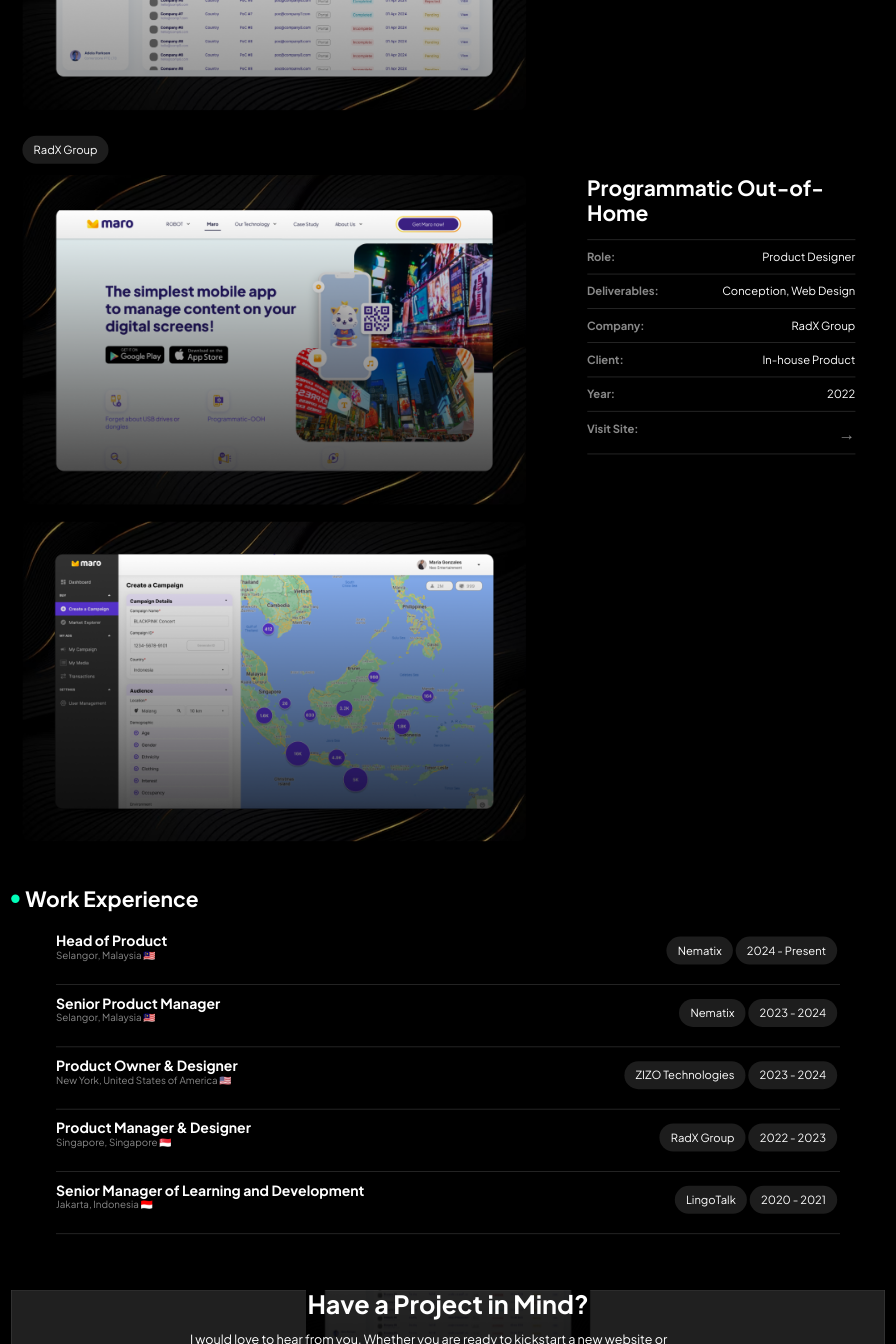
Repository: paskasiregar/paskafolio_v6
Page: /
These files come from the project's save history. The page is drawn as it stood at one moment and after the next save; the edit follows.
The browser window is 1280 px wide. The pictures show the part of the page from y = 4580 to 6500 px (the page is 7109 px tall before and 7069 px after), at 70% of full size.
Pictures or frames that could not be fetched are drawn as grey boxes. The project was rebuilt for these pictures with package versions that can differ from the ones it lists, and the page was loaded fresh each time. The framework's server and built-in components were replaced by stand-ins that run in the browser. Also part of the build but not shown: next.config.mjs.

Above is the page before, as saved 2024-09-06 21:30:22.

### src/app/layout.js
import { Plus_Jakarta_Sans } from "next/font/google"; // Import Plus Jakarta Sans
import localFont from "next/font/local";
import "./globals.css";

// Load Plus Jakarta Sans from Google Fonts
const plusJakartaSans = Plus_Jakarta_Sans({
  weight: ["400", "500", "700"], // Specify weights as needed
  subsets: ["latin"],
});

// Load local fonts: Geist Sans and Geist Mono
const geistSans = localFont({
  src: "./fonts/GeistVF.woff",
  variable: "--font-geist-sans",
  weight: "100 900",
});
const geistMono = localFont({
  src: "./fonts/GeistMonoVF.woff",
  variable: "--font-geist-mono",
  weight: "100 900",
});

export const metadata = {
  title: "🚀 Paska | Portfolio",
  description:
    "Debora Paskarina&apos;s Product Portfolio. Paska is a Head of Product at Nematix Sdn Bhd, Malaysia.",
  icons: {
    icon: "/asset/p-logo.png",
  },
};

export default function RootLayout({ children }) {
  return (
    <html lang="en">
      <body
        className={`${plusJakartaSans.className} ${geistSans.variable} ${geistMono.variable} antialiased`}
      >
        {children}
      </body>
    </html>
  );
}

### src/app/components/header.jsx
import React from "react";
import Link from "next/link";
import Button from "./button";
import { Homemade_Apple } from "next/font/google";

const homemadeApple = Homemade_Apple({
  weight: "400",
  subsets: ["latin"],
});

const Header = () => {
  return (
    <header className="header" style={styles.header}>
      <div style={styles.logo}>
        <Link
          href="/"
          className={homemadeApple.className}
          style={styles.logoText}
        >
          Paska
        </Link>
      </div>
      <div style={styles.contact}>
        <Link href="#email-section">
          <Button />
        </Link>
      </div>
    </header>
  );
};

const styles = {
  header: {
    display: "flex",
    justifyContent: "space-between",
    alignItems: "center",
    padding: "20px",
    backgroundColor: "#000000",
    color: "#fff",
  },
  logo: {
    fontSize: "24px",
    fontWeight: "bold",
  },
  logoText: {
    textDecoration: "none",
    color: "#fff",
  },
  contact: {
    display: "flex",
    fontSize: "20px",
    alignItems: "center",
  },
};

export default Header;

### src/app/components/hero.jsx
"use client"; // Ensures the component is treated as a client-side component
import React from "react";
import NameCard from "./nameCard";
import SecButton from "./secButton";
import { motion } from "framer-motion";

const Hero = () => {
  return (
    <section className="hero-wrapper my-20">
      <div className="hero-content">
        <NameCard
          name="Debora Paskarina"
          status="Available for work"
          avatarUrl="/assets/1.avif"
        />
        <motion.h1
          initial={{ opacity: 0, x: -100 }}
          animate={{ opacity: 1, x: 0 }}
          transition={{ duration: 0.8 }}
          className="hero-title text-4xl font-bold text-white md:text-6xl lg:text-7xl"
        >
          Designing awesome digital experiences, one idea at a time.
        </motion.h1>
        <motion.p
          initial={{ opacity: 0, x: 100 }}
          animate={{ opacity: 1, x: 0 }}
          transition={{ duration: 0.8 }}
          className="hero-subtitle text-lg md:text-xl lg:text-2xl"
        >
          Transforming concepts into sleek, user-friendly digital solutions that
          drive engagement and push innovation forward.
        </motion.p>
        <SecButton text="GET STARTED" />
      </div>
    </section>
  );
};

// You can add additional styling via Tailwind to make it more responsive

export default Hero;

### src/app/components/ticker.jsx
import React from "react";
import "../ticker.css";

const Ticker = () => {
  return (
    <div className="ticker-wrapper">
      <div className="ticker">
        <div className="ticker-item">
          <img src="/assets/ticker/lt.png" alt="LingoTalk" />
        </div>
        <div className="ticker-item">
          <img src="/assets/ticker/nmtx.png" alt="Nematix" />
        </div>
        <div className="ticker-item">
          <img src="/assets/ticker/radx.png" alt="RADX Group" />
        </div>
        <div className="ticker-item">
          <img src="/assets/ticker/rise.png" alt="Rise" />
        </div>
        <div className="ticker-item">
          <img src="/assets/ticker/skvl.png" alt="Skilvul" />
        </div>
        <div className="ticker-item">
          <img src="/assets/ticker/yrp.png" alt="YoRipe" />
        </div>
        <div className="ticker-item">
          <img src="/assets/ticker/zizo.png" alt="ZIZO" />
        </div>

        {/* Duplicate the logos for the smooth ticker effect */}
        <div className="ticker-item">
          <img src="/assets/ticker/lt.png" alt="LingoTalk" />
        </div>
        <div className="ticker-item">
          <img src="/assets/ticker/nmtx.png" alt="Nematix" />
        </div>
        <div className="ticker-item">
          <img src="/assets/ticker/radx.png" alt="RADX Group" />
        </div>
        <div className="ticker-item">
          <img src="/assets/ticker/rise.png" alt="Rise" />
        </div>
        <div className="ticker-item">
          <img src="/assets/ticker/skvl.png" alt="Skilvul" />
        </div>
        <div className="ticker-item">
          <img src="/assets/ticker/yrp.png" alt="YoRipe" />
        </div>
        <div className="ticker-item">
          <img src="/assets/ticker/zizo.png" alt="ZIZO" />
        </div>
      </div>
    </div>
  );
};

export default Ticker;

### src/app/components/skills.jsx
"use client"; // Ensures the component is treated as a client-side component

import React from "react";
import Chip from "./chip";
import { motion } from "framer-motion";
import "../motivation.css"; // Using motivation.css for consistency

const Skills = () => {
  const skills = [
    "Figma",
    "Maze",
    "UI/UX Design",
    "Product Management",
    "Web Development",
    "HTML5",
    "CSS",
    "JavaScript",
    "Tailwind CSS",
    "Git Version Control",
  ];

  // Animation variants for staggering
  const containerVariants = {
    hidden: { opacity: 0 },
    visible: {
      opacity: 1,
      transition: {
        staggerChildren: 0.2, // Delay between each chip's animation
      },
    },
  };

  const chipVariants = {
    hidden: { opacity: 0, y: 20 },
    visible: { opacity: 1, y: 0 },
  };

  return (
    <motion.section
      initial={{ opacity: 0, y: 50 }}
      animate={{ opacity: 1, y: 0 }}
      transition={{ duration: 0.8 }}
      className="motivation-wrapper"
    >
      {/* Using same wrapper as Motivation */}
      <div className="motivation-content max-w-6xl ">
        {/* Same layout as Motivation */}
        {/* Left Section */}
        <motion.div
          initial={{ opacity: 0, x: -50 }}
          animate={{ opacity: 1, x: 0 }}
          transition={{ duration: 0.8 }}
          className="motivation-left mb-4 md:mb-0"
        >
          <div className="motivation-header">
            <div className="green-dot"></div>
            <h2 className="motivation-title text-2xl md:text-4xl lg:text-4xl">
              Skills
            </h2>
          </div>
          <p className="motivation-subtitle text-base md:text-lg lg:text-xl">
            Here, you will find the tools and languages I master. <br />
            From Figma to JavaScript, each skill adds to the mosaic of my
            professional expertise.
          </p>
        </motion.div>

        {/* Right Section */}
        <motion.div
          variants={containerVariants}
          initial="hidden"
          animate="visible"
          className="motivation-right"
        >
          <div className="skills-right mt-6 flex flex-wrap justify-center md:justify-start">
            {skills.map((skill, index) => (
              <motion.div key={index} variants={chipVariants} className="mb-2">
                <Chip label={skill} />
              </motion.div>
            ))}
          </div>
        </motion.div>
      </div>
    </motion.section>
  );
};

export default Skills;

### src/app/components/projects.jsx
import Project from "./project";

const projects = [
  {
    title: "PawPaw Portal",
    role: "Founder",
    deliverables: ["End-to-End Product"],
    company: "PawPaw Portal",
    client: "In-house Product",
    year: "2024",
    link: "https://www.pawpawportal.com/",
    images: [{ src: "/assets/ppp-1.png", alt: "PawPaw Portal" }],
  },

  {
    title: "YPAS Job Portal",
    role: "Head of Product",
    deliverables: ["Branding", "UIUX", "Development"],
    company: "Nematix",
    client: "Yayasan Pahang AS Malaysia",
    year: "2024",
    link: "https://getjob.framer.website/",
    images: [
      { src: "/assets/ypas-1.png", alt: "YPAS GetJob" },
      { src: "/assets/ypas-2.png", alt: "YPAS GetJob" },
    ],
  },

  {
    title: "Equinox: Financial Ecosystem",
    role: "Senior Product Manager",
    deliverables: ["UIUX", "Development"],
    company: "Nematix",
    client: "In-house Product",
    year: "2023",
    link: "https://equinox-platform.framer.website/",
    images: [
      { src: "/assets/eq-1.png", alt: "Equinox" },
      { src: "/assets/eq-2.png", alt: "Equinox" },
      { src: "/assets/eq-3.png", alt: "Equinox" },
    ],
  },

  {
    title: "Programmatic Out-of-Home",
    role: "Product Designer",
    deliverables: ["Conception", "Web Design"],
    company: "RadX Group",
    client: "In-house Product",
    year: "2022",
    link: "#",
    images: [
      { src: "/assets/maro-1.png", alt: "Programmatic Out-of-Home Project" },
      { src: "/assets/maro-2.png", alt: "Campaign Creation Interface" },
    ],
  },
];

const Projects = () => {
  return (
    <div className="mb-8">
      <section className="motivation-wrapper my-8 mx-4">
        {" "}
        {/* Using same wrapper as Motivation */}
        <div className="motivation-content">
          {" "}
          {/* Same layout as Motivation */}
          <div>
            {projects.map((project, index) => (
              <Project key={index} project={project} />
            ))}
          </div>
        </div>
      </section>
    </div>
  );
};

export default Projects;

### src/app/components/experiences.jsx
import React from "react";
import Experience from "./experience";

const Experiences = () => {
  const experienceData = [
    {
      title: "Head of Product",
      location: "Selangor, Malaysia 🇲🇾",
      company: "Nematix",
      timeframe: "2024 - Present",
    },
    {
      title: "Senior Product Manager",
      location: "Selangor, Malaysia 🇲🇾",
      company: "Nematix",
      timeframe: "2023 - 2024",
    },
    {
      title: "Product Owner & Designer",
      location: "New York, United States of America 🇺🇸",
      company: "ZIZO Technologies",
      timeframe: "2023 - 2024",
    },
    {
      title: "Product Manager & Designer",
      location: "Singapore, Singapore 🇸🇬",
      company: "RadX Group",
      timeframe: "2022 - 2023",
    },
    {
      title: "Senior Manager of Learning and Development",
      location: "Jakarta, Indonesia 🇮🇩",
      company: "LingoTalk",
      timeframe: "2020 - 2021",
    },
  ];

  return (
    <section className="experience-wrapper py-4 bg-black text-white">
      <div className="experience-content max-w-6xl mx-auto px-4">
        {/* Experience List */}
        <div className="experience-list">
          {experienceData.map((experience, index) => (
            <Experience
              key={index}
              title={experience.title}
              location={experience.location}
              company={experience.company}
              timeframe={experience.timeframe}
            />
          ))}
        </div>
      </div>
    </section>
  );
};

export default Experiences;

### src/app/components/button.jsx
import React from "react";
import { FaArrowRight } from "react-icons/fa";

const Button = ({ text = "LETS TALK" }) => {
  return (
    <button className="button">
      <span>{text}</span>
      <div className="icon-container">
        <FaArrowRight className="bold-icon" />
      </div>
    </button>
  );
};

export default Button;

### src/app/components/nameCard.jsx
import React from "react";
import GreenDot from "./greenDot";

const NameCard = ({
  name = "Debora Paskarina",
  status = "Available for work",
  avatarUrl = "/assets/1.avif", // Set a default avatar image
}) => {
  return (
    <div style={styles.card}>
      <img src={avatarUrl} alt="Avatar" style={styles.avatar} />{" "}
      {/* Use dynamic avatarUrl */}
      <div>
        <h4 style={styles.name}>{name}</h4>
        <div style={styles.status}>
          <GreenDot />
          <span>{status}</span>
        </div>
      </div>
    </div>
  );
};

const styles = {
  card: {
    display: "flex",
    alignItems: "center",
    marginBottom: "16px",
  },
  avatar: {
    width: "40px",
    height: "40px",
    borderRadius: "50%",
    marginRight: "12px",
  },
  name: {
    margin: 0,
    fontSize: "16px",
    fontWeight: "bold",
    color: "#ffffff",
  },
  status: {
    display: "flex",
    alignItems: "center",
    fontSize: "14px",
    color: "#a0a0a0",
  },
};

export default NameCard;

### src/app/components/secButton.jsx
import React from "react";

const SecButton = ({ text = "LETS TALK" }) => {
  return (
    <button className="secbutton">
      <span>{text}</span>
    </button>
  );
};

export default SecButton;

### src/app/ticker.css
/* Ticker Wrapper */
.ticker-wrapper {
  overflow: hidden; /* Hide overflowing logos */
  width: 100%;
  background-color: #000000; /* Optional background color */
  padding: 20px 0; /* Optional padding */
}

/* Ticker Container */
.ticker {
  display: flex;
  justify-content: start;
  align-items: center;
  gap: 80px; /* Space between logos */
  animation: ticker 40s linear infinite; /* Infinite ticker animation */
}

/* Individual ticker items */
.ticker-item {
  flex: 0 0 auto; /* Prevent logos from shrinking */
}

.ticker-item img {
  width: 160px; /* Adjust size of logos */
  height: auto;
  display: block;
}

/* Ticker Animation */
@keyframes ticker {
  0% {
    transform: translateX(-100%); /* Start from the right */
  }
  100% {
    transform: translateX(100%); /* End on the left */
  }
}

### src/app/motivation.css
/* Motivation Wrapper */
.motivation-wrapper {
  background-color: #000000;
  color: #fff;
}

.motivation-content {
  display: flex;
  justify-content: space-between;
  align-items: flex-start;
  max-width: 1200px;
  margin: 0;
  flex-direction: column;
}

.motivation-left {
  flex: 1;
  max-width: 100%;
  margin-right: 0;
}

.motivation-right {
  flex: 1;
  max-width: 100%;
}

/* Aligning the green dot and title */
.motivation-header {
  display: flex;
  align-items: center;
  margin-bottom: 20px;
}

.motivation-title {
  font-size: 24px;
  font-weight: bold;
  margin-left: 0px;
}

.green-dot {
  display: inline-block;
  width: 12px;
  height: 12px;
  background-color: #00ffb9;
  border-radius: 50%;
}

/* Responsive Tweaks */
@media (min-width: 768px) {

  /* Tablet and above */
  .motivation-content {
    flex-direction: row;
  }

  .motivation-left {
    max-width: 50%;
    margin-right: 40px;
    margin-bottom: 4px;
  }

  .motivation-right {
    max-width: 50%;
  }

  .motivation-title {
    font-size: 28px;
  }
}

@media (min-width: 1024px) {

  /* Desktop and above */
  .motivation-title {
    font-size: 36px;
  }

  .motivation-content {
    justify-content: space-between;
  }
}

### src/app/components/chip.jsx
import React from "react";
import "../chip.css";

const Chip = ({ label }) => {
  return <div className="chip md:text-sm sm:text-sm">{label}</div>;
};

export default Chip;

### src/app/components/project.jsx
import React from "react";
import Image from "next/image";
import Chip from "./chip";
import "../project.css";

const Project = ({ project }) => {
  if (!project) {
    return <p>No project data available</p>; // Fallback if no project is provided
  }

  return (
    <section className="mb-8">
      <div className="project-content max-w-6xl mx-auto mb-8">
        <div className="chip-container flex justify-between mb-4">
          <Chip label={project?.company || "N/A"} className="mb-4" />
        </div>

        <div className="project-grid">
          {/* Left Section - Project Images */}
          <div className="project-images">
            {project?.images?.length > 0 ? (
              project.images.map((image, index) => (
                <div
                  key={index}
                  className={`project-image ${index > 0 ? "mt-6" : ""}`}
                >
                  <Image
                    src={image.src}
                    alt={image.alt}
                    width={720}
                    height={405}
                    className="rounded-md"
                  />
                </div>
              ))
            ) : (
              <p>No images available</p>
            )}
          </div>

          {/* Right Section - Project Information */}
          <div className="project-info">
            <h3 className="text-3xl font-bold mb-2">
              {project?.title || "No title available"}
            </h3>
            <ul className="project-details">
              <li>
                <span>Role:</span> {project?.role || "N/A"}
              </li>
              <li>
                <span>Deliverables:</span>
                <div className="deliverables-container">
                  {project?.deliverables?.join(", ") || "N/A"}
                </div>
              </li>
              <li>
                <span>Company:</span> {project?.company || "N/A"}
              </li>
              <li>
                <span>Client:</span> {project?.client || "N/A"}
              </li>
              <li>
                <span>Year:</span> {project?.year || "N/A"}
              </li>
              <li>
                <span>Visit Site:</span>
                <a href={project?.link || "#"} className="visit-link">
                  <span className="arrow-link">→</span>
                </a>
              </li>
            </ul>
          </div>
        </div>
      </div>
    </section>
  );
};

export default Project;

### src/app/components/experience.jsx
import React from "react";
import Chip from "./chip";

const Experience = ({ title, location, company, timeframe }) => {
  return (
    <div className="experience-item my-4 flex flex-col md:flex-row md:text-md justify-between items-start md:items-start">
      {/* Left Section - Job Title and Location */}
      <div className="experience-details md:text-sm mb-4 md:mb-4 sm:text-sm">
        <h3 className="text-md md:text-sm sm:text-sm font-bold">{title}</h3>
        <p className="text-gray-400">{location}</p>
      </div>

      {/* Right Section - Chips for Company and Timeframe */}
      <div className="experience-meta flex flex-col md:flex-row items-start md:items-start md:text-sm sm:text-sm space-y-2 md:space-y-0 md:space-x-4">
        <div className="flex">
          <Chip label={company} />
          <Chip label={timeframe} />
        </div>
      </div>
    </div>
  );
};

export default Experience;

### src/app/components/greenDot.jsx
import React from "react";

const GreenDot = () => {
  return <div style={styles.dot}></div>;
};

const styles = {
  dot: {
    width: "10px",
    height: "10px",
    backgroundColor: "#00FFB9", // Green color
    borderRadius: "50%",
    display: "inline-block",
    marginRight: "8px",
  },
};

export default GreenDot;

### src/app/chip.css
.chip {
  display: inline-block;
  background-color: #1d1d1d;
  /* Dark background for readability */
  color: #ffffff;
  padding: 10px 16px;
  border-radius: 20px;
  font-size: 16px;
  margin: 4px 4px 0 0;
  /* Adjust spacing between chips */
  white-space: nowrap;
  /* Prevent wrapping of text inside the chip */
  cursor: default;
  transition: background-color 0.3s ease;
}

.chip:hover {
  background-color: #2a2a2a;
  /* Slight hover effect */
}

### src/app/project.css
.project-wrapper {
  background-color: #000000;
  color: #ffffff;
  padding: 20px;
}

.project-content {
  display: flex;
  flex-direction: column;
  max-width: 1200px;
  margin: 0 auto;
}

/* Project header */
.project-header {
  display: flex;
  align-items: center;
}

.green-dot {
  display: inline-block;
  width: 12px;
  height: 12px;
  background-color: #00ffb9;
  border-radius: 50%;
}

/* Project grid for desktop view */
.project-grid {
  display: flex;
  justify-content: space-between;
  gap: 40px;
}

/* For images */
.project-images {
  flex: 2;
}

/* For info section */
.project-info {
  flex: 1;
}

/* List styling */
.project-details {
  list-style: none;
  padding: 0;
  margin-top: 20px;
  border-top: 1px solid #333;
}

.project-details li {
  display: flex;
  justify-content: space-between;
  padding: 12px 0;
  border-bottom: 1px solid #333;
}

.project-details li span {
  font-weight: bold;
  color: #888888;
}

/* Link styling */
.project-details li a {
  color: #00ffb9;
  text-decoration: none;
}

.project-details li a:hover {
  text-decoration: underline;
}

.arrow-link {
  font-size: 24px;
  margin-left: 8px;
  transition: transform 0.2s ease;
}

.visit-link:hover .arrow-link {
  transform: translateX(4px);
}

.deliverables-container {
  max-width: 300px;
  white-space: normal;
  word-wrap: break-word;
  line-height: 1.5;
  text-align: left;
}

/* Responsive Styles */
@media (max-width: 1024px) {
  .project-grid {
    flex-direction: column;
  }

  .project-images,
  .project-info {
    width: 100%;
    max-width: 100%;
  }
}

@media (max-width: 768px) {
  .project-header h2 {
    font-size: 28px;
  }

  .project-info h3 {
    font-size: 20px;
  }

  .project-details li {
    flex-direction: column;
    align-items: flex-start;
  }

  .project-details li span {
    margin-bottom: 8px;
  }
}

@media (max-width: 480px) {
  .project-grid {
    gap: 20px;
  }

  .project-header h2 {
    font-size: 18px;
  }

  .project-info h3 {
    font-size: 18px;
  }
}

Loaded but not shown: tailwind.config.js (common file); src/app/page.js (44 lines, source omitted); src/app/components/footer.jsx (160 lines, source omitted); src/app/globals.css (280 lines, source omitted); src/app/components/motivation.jsx (68 lines, source omitted)

After the next save:
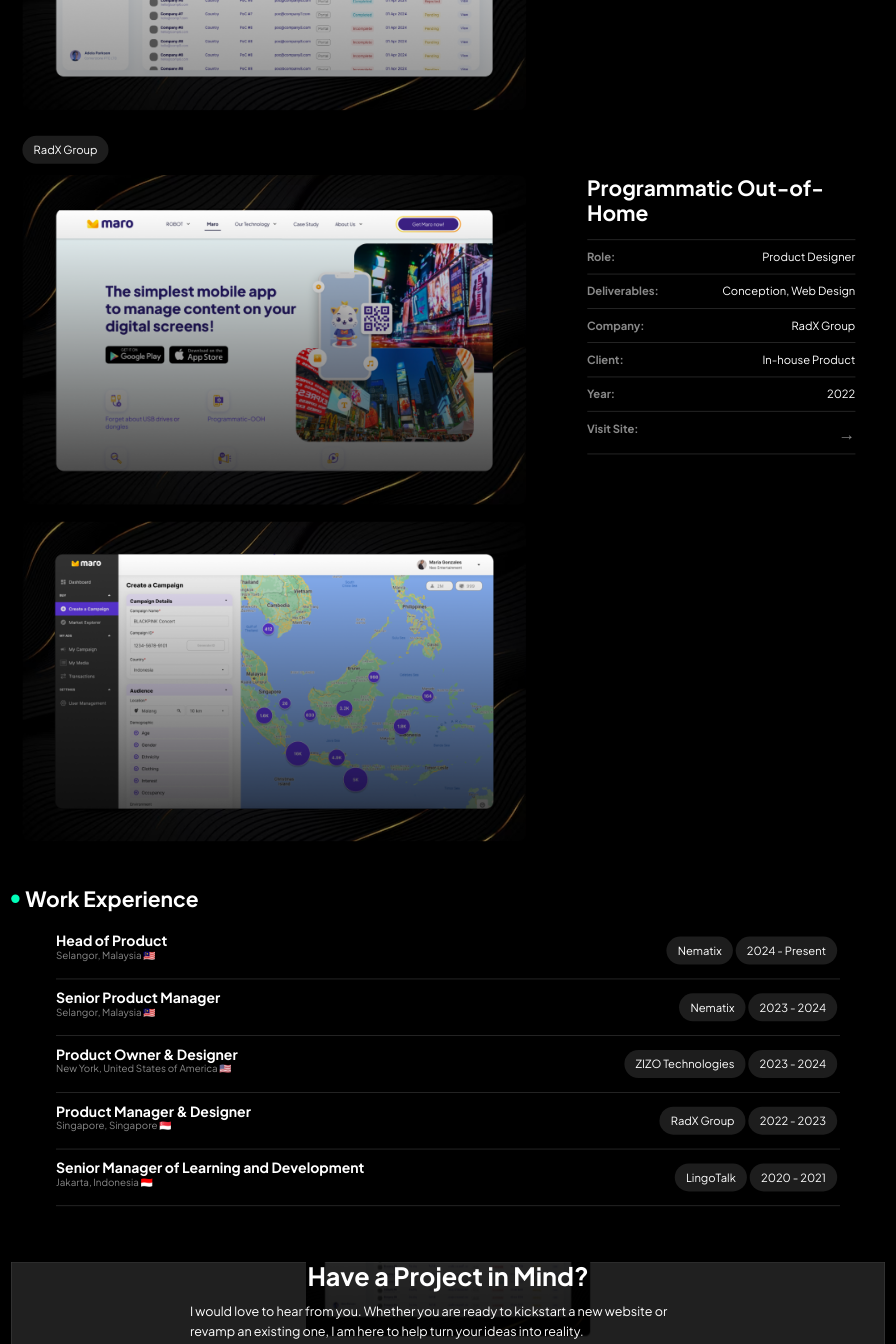
Saved 18 s later.
--- a/src/app/components/experience.jsx
+++ b/src/app/components/experience.jsx
@@ -5,7 +5,7 @@
   return (
     <div className="experience-item my-4 flex flex-col md:flex-row md:text-md justify-between items-start md:items-start">
       {/* Left Section - Job Title and Location */}
-      <div className="experience-details md:text-sm mb-4 md:mb-4 sm:text-sm">
+      <div className="experience-details md:text-sm mb-4 md:mb-2 sm:mb-2 sm:text-sm">
         <h3 className="text-md md:text-sm sm:text-sm font-bold">{title}</h3>
         <p className="text-gray-400">{location}</p>
       </div>
